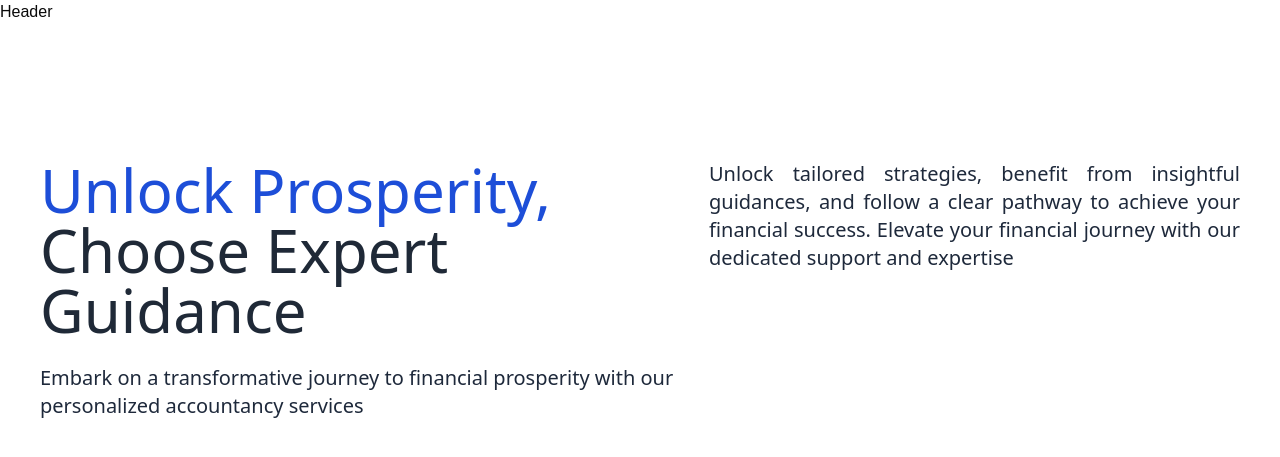
Repository: vespersolutionspk18/integrast-website
Page: /
The author's editor kept a copy of each file at every save. The page is drawn from the files as they stood at one save, then again after the next save.
The browser window is 1280 px wide. The pictures show the whole page.
The project was rebuilt for these pictures with package versions that can differ from the ones it lists, and the page was loaded fresh each time. The framework's server and built-in components were replaced by stand-ins that run in the browser. Also part of the build but not shown: next.config.ts.

Above is the page before, as saved 2024-12-09 14:48:27.

### app/page.tsx
import Image from "next/image";
import Header from "./Header";
import Hero from "./Hero";

export default function Home() {
  return (
    <div>
      <Header />
      <Hero />
    </div>
  );
}

### app/Hero.tsx
import React from 'react'

const Hero = () => {
  return (
    <div className="flex flex-col p-10 ">
        <div className="flex flex-row mt-24 h-[280px] gap-5 ">
            <div className="w-[55%] flex flex-col">
                <h1 className="font-light font-sans text-6xl text-blue-700">Unlock Prosperity, <span className="text-gray-800">Choose Expert Guidance</span></h1>
                <h4 className="text-xl font-sans text-slate-800 mt-6">Embark on a transformative journey to financial prosperity with our personalized accountancy services</h4>
            </div>
            <div className="w-[45%] flex flex-col items-start ">
                <h4 className="text-xl text-justify font-sans text-slate-800">Unlock tailored strategies, benefit from insightful guidances, and follow a clear pathway to achieve your financial success. Elevate your financial journey with our dedicated support and expertise</h4>
            </div>
        </div>
    </div>
  )
}

export default Hero

Loaded but not shown: app/layout.tsx (common file); app/globals.css (common file); app/Header.tsx (common file); tailwind.config.ts (common file)

After the next save:
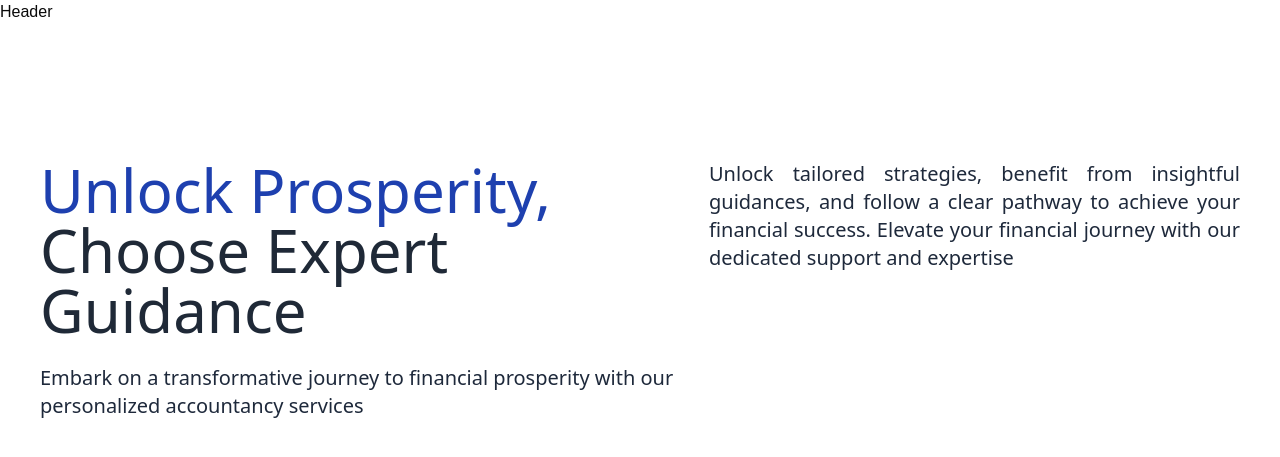
Saved 24 s later.
--- a/app/Hero.tsx
+++ b/app/Hero.tsx
@@ -5,7 +5,7 @@ const Hero = () => {
     <div className="flex flex-col p-10 ">
         <div className="flex flex-row mt-24 h-[280px] gap-5 ">
             <div className="w-[55%] flex flex-col">
-                <h1 className="font-light font-sans text-6xl text-blue-700">Unlock Prosperity, <span className="text-gray-800">Choose Expert Guidance</span></h1>
+                <h1 className="font-light font-sans text-6xl text-blue-800">Unlock Prosperity, <span className="text-gray-800">Choose Expert Guidance</span></h1>
                 <h4 className="text-xl font-sans text-slate-800 mt-6">Embark on a transformative journey to financial prosperity with our personalized accountancy services</h4>
             </div>
             <div className="w-[45%] flex flex-col items-start ">
